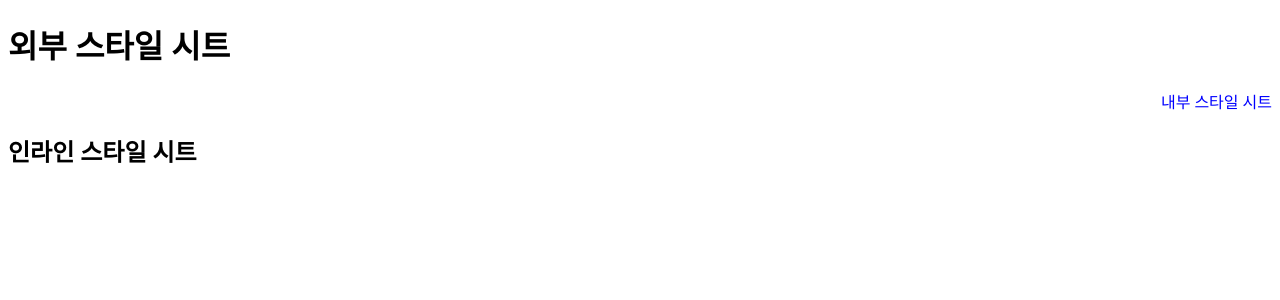
Repository: bh03/bh03.github.io
Page: css.html
The author's editor kept a record of every edit. The page is drawn from the files as they stood at one moment, then again after the next edit.
The browser window is 1280 px wide. The pictures show the whole page.

Above is the page before.

### css.html
<!DOCTYPE html>
<html>
    <head>
        <meta charset="UTF-8">
        <title> 외부 스타일 시트 방식 </title>
        <link rel="stylesheet" href="test.css" type="test/css">
        <style type="text/css">
            p{font-family:궁서; color:blue;}
        </style>
    </head>
    <body>
        <h1> 외부 스타일 시트 </h1>
        <p align="right">내부 스타일 시트</p>
        <h2 style=font-family:고딕;> 인라인 스타일 시트</h2>
    </body>
</html>

After the next edit:
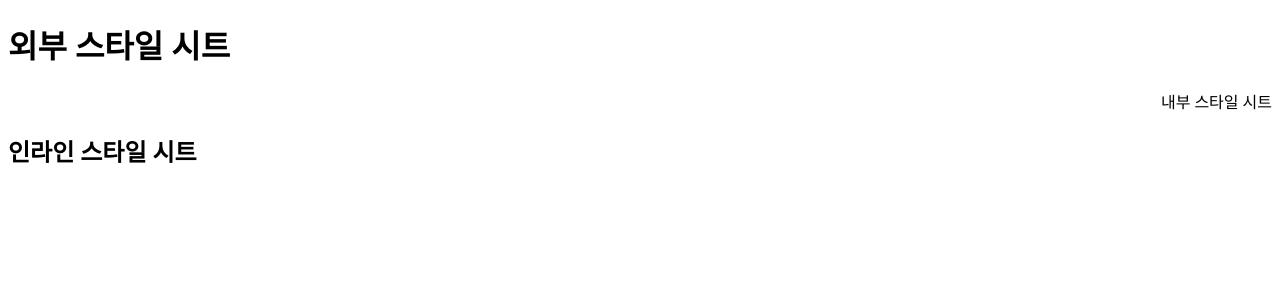
The edit:
--- a/css.html
+++ b/css.html
@@ -5,7 +5,7 @@
         <title> 외부 스타일 시트 방식 </title>
         <link rel="stylesheet" href="test.css" type="test/css">
         <style type="text/css">
-            p{font-family:궁서; color:blue;}
+            .p{font-family:궁서; color:blue;}
         </style>
     </head>
     <body>
